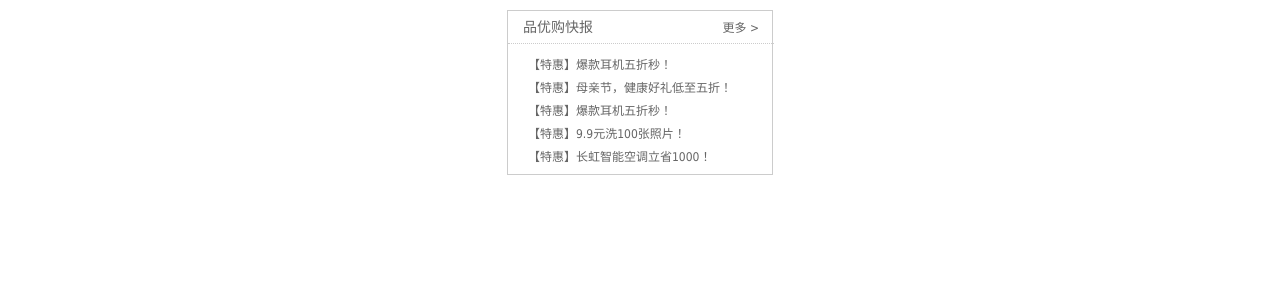
Repository: zhengdeya/web-based
Page: 32-品优购快报/index.html
The author's editor kept a copy of each file at every save. The page is drawn from the files as they stood at one save, then again after the next save.
The browser window is 1280 px wide. The pictures show the whole page.

Above is the page before, as saved 2021-04-11 15:01:15.

### 32-品优购快报/index.html
<!DOCTYPE html>
<html lang="en">

<head>
    <meta charset="UTF-8">
    <meta http-equiv="X-UA-Compatible" content="IE=edge">
    <meta name="viewport" content="width=device-width, initial-scale=1.0">
    <title>品优购快报</title>
    <link rel="stylesheet" href="style.css">
</head>

<body>
    <div class="kuaibao">
        <div class="title">
            <h4>品优购快报</h4>
            <a href="#">更多 ></a>
        </div>
        <ul>
            <li>
                <a href="#">【特惠】爆款耳机五折秒！</a>
            </li>
            <li>
                <a href="#">【特惠】母亲节，健康好礼低至五折！</a>
            </li>
            <li>
                <a href="#">【特惠】爆款耳机五折秒！</a>
            </li>
            <li>
                <a href="#">【特惠】9.9元洗100张照片！</a>
            </li>
            <li>
                <a href="#">【特惠】长虹智能空调立省1000！</a>
            </li>
        </ul>
    </div>
</body>

</html>

### 32-品优购快报/style.css
* {
    margin: 0;
    padding: 0;
}

.kuaibao {
    margin: 10px auto;
    width: 264px;
    height: 163px;
    border: 1px solid #ccc;
    font: 12px/1.5 'Microsoft YaHei', 'Heiti SC', tahoma, arial, 'Hiragino Sans GB', \\5B8B\4F53, sans-serif;
    color: #666;
}

.kuaibao a {
    text-decoration: none;
    font: 12px/1.5 'Microsoft YaHei', 'Heiti SC', tahoma, arial, 'Hiragino Sans GB', \\5B8B\4F53, sans-serif;
    color: #666;
}

.kuaibao .title {
    /* 盒子宽度 - 2 * padding宽度 , 264px - 2 * 15px  */
    width: 236px;
    height: 32px;
    line-height: 32px;
    /* background-color: rgb(148, 38, 38); */
    border-bottom: 1px dotted #ccc;
    padding: 0 15px;
    font-size: 14px;


    text-align: justify;
    /* justify对最后一行无效,所以增加一行 实现两端对齐*/
    text-align-last: justify;
}

.kuaibao .title h4 {
    font-weight: normal;
    font-size: 14px;
    display: inline-block;
}

.kuaibao .title a {

    display: inline-block;
}

.kuaibao ul {
    margin-top: 10px;
}

.kuaibao li {
    /* 去掉列表前的小圆点 */
    list-style: none;
    height: 23px;
    line-height: 23px;
    padding-left: 20px;
}

.kuaibao li a:hover {
    text-decoration: 1px underline #666;
}

After the next save:
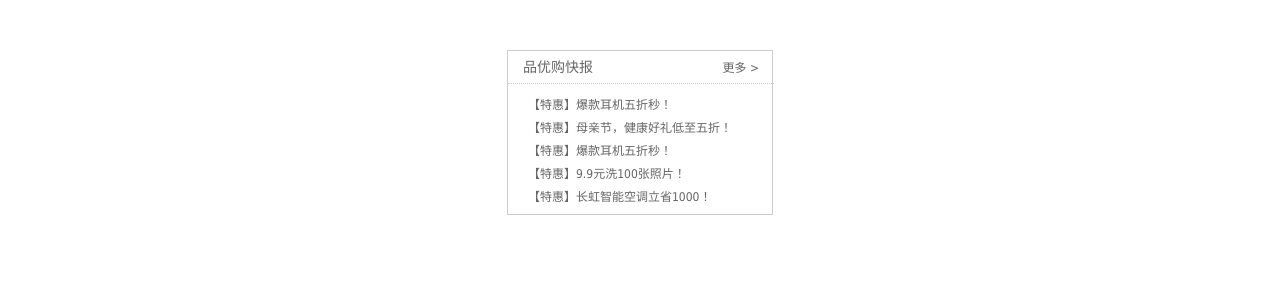
Saved 26 s later.
--- a/32-品优购快报/style.css
+++ b/32-品优购快报/style.css
@@ -4,7 +4,7 @@
 }
 
 .kuaibao {
-    margin: 10px auto;
+    margin: 50px auto;
     width: 264px;
     height: 163px;
     border: 1px solid #ccc;
